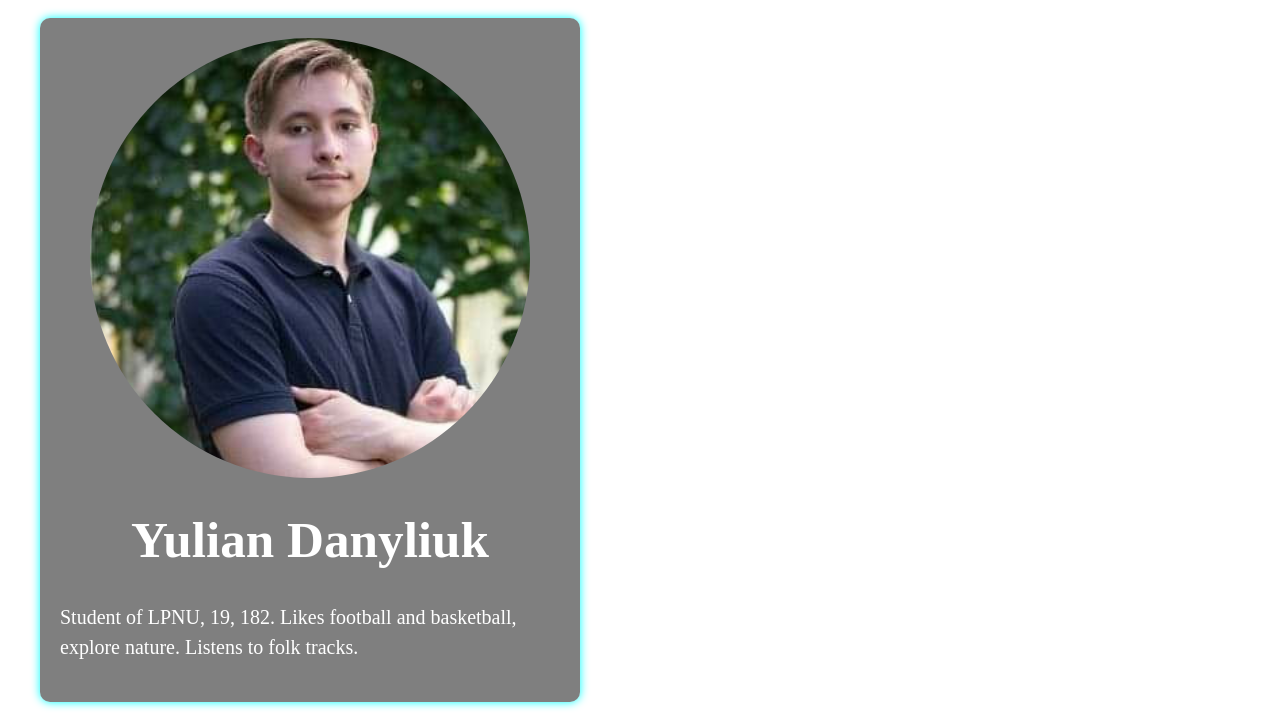
Repository: Romenjo/sombra-app
Page: /
An editor plug-in stored every save of this project. The page is shown before and after the next save, followed by the edit.
The browser window is 1280 px wide. The pictures show the whole page.
The project was rebuilt for these pictures with package versions that can differ from the ones it lists, and the page was loaded fresh each time. Also part of the build but not shown: vite.config.ts, src/App.css.

Above is the page before, as saved 2023-12-07 12:16:34.

After the next save:
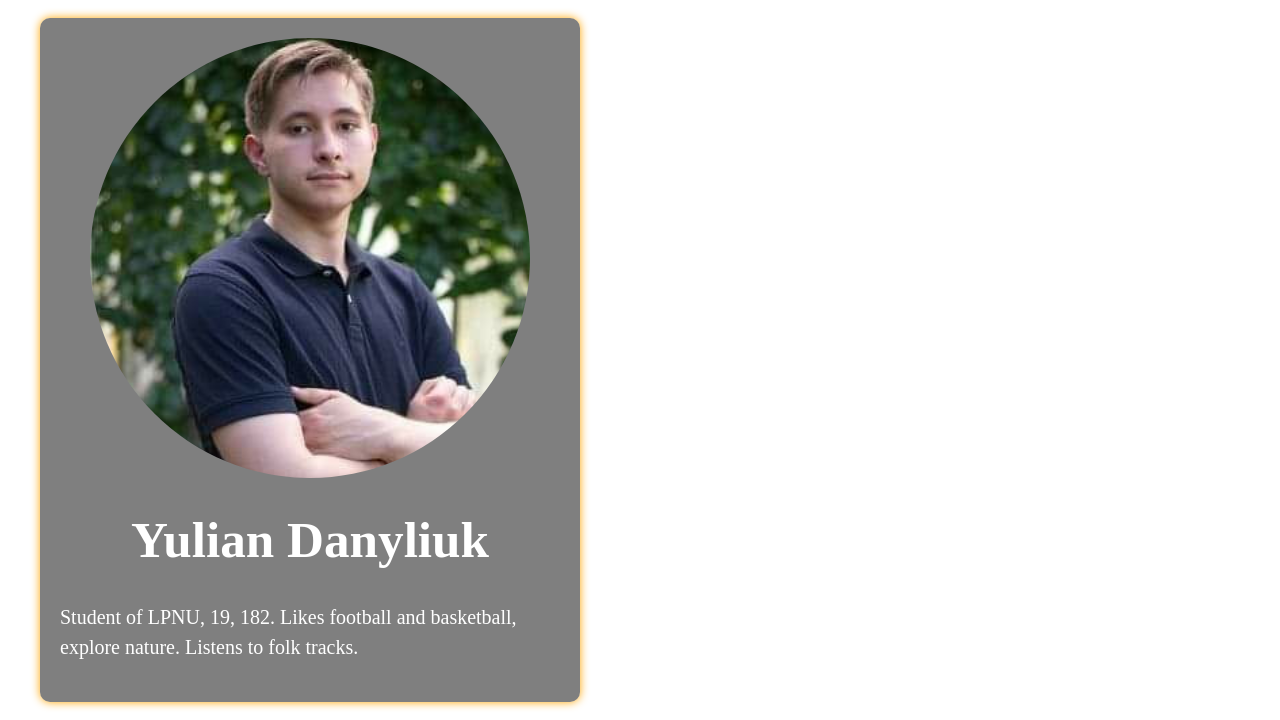
Saved 7 min 15 s later.
--- a/src/App.tsx
+++ b/src/App.tsx
@@ -15,7 +15,7 @@ function App() {
           name="Yulian Danyliuk"
           description="Student of LPNU, 19, 182. Likes football and basketball, explore nature.
           Listens to folk tracks."
-          glowColor="cyan"
+          glowColor="orange"
         />
       </HorizontalStack>
     </>
